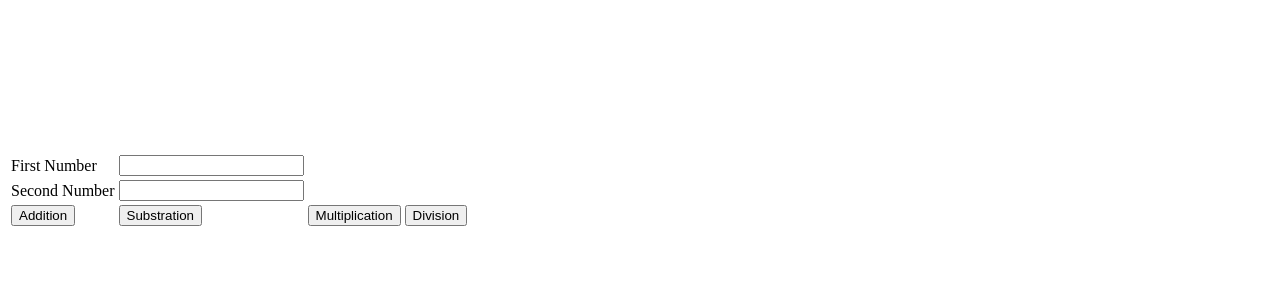
Repository: babududekula/Spring-Course-4.X-Version
Page: http://localhost/Jsp/classA.jsp
These files come from the project's save history. The page is drawn as it stood at one moment and after the next save; the edit follows.
The browser window is 1280 px wide. The pictures show the whole page.
The page is served by Tomcat 9.

Above is the page before, as saved 2023-02-06 16:49:08.

After the next save:
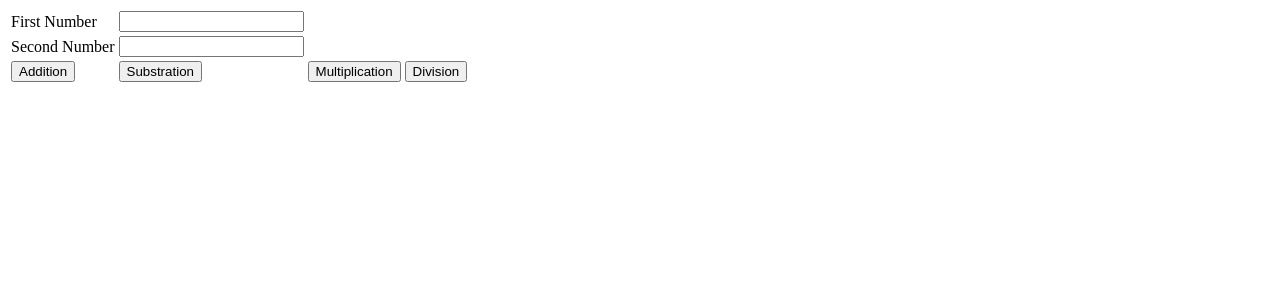
Saved 21 s later.
--- a/Maven Projects/Jsp/src/main/webapp/classA.jsp
+++ b/Maven Projects/Jsp/src/main/webapp/classA.jsp
@@ -19,10 +19,10 @@
 	<td><input type="text" name="second"/></td>
 </tr>
 <tr>
-	<td><input type="submit" name="operation" value="Addition"/></td><br><br>
-	<td><input type="submit" name="operation" value="Substration"/></td><br><br>
-	<td><input type="submit" name="operation" value="Multiplication"/></td><br><br>
-	<td><input type="submit" name="operation" value="Division"/></td><br><br>
+	<td><input type="submit" name="operation" value="Addition"/></td>
+	<td><input type="submit" name="operation" value="Substration"/></td>
+	<td><input type="submit" name="operation" value="Multiplication"/></td>
+	<td><input type="submit" name="operation" value="Division"/></td>
 </tr>
 </table>
 
